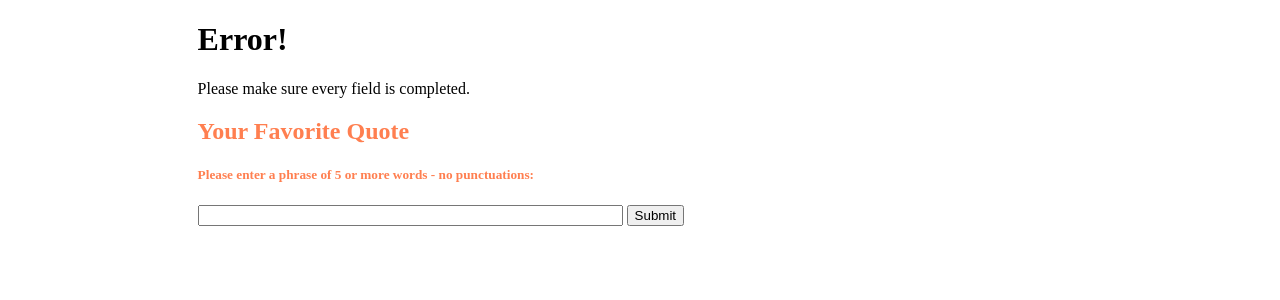
Repository: oduong1/COSW30
Page: http://localhost/homework/hw4/quote_process.php
The author's editor kept a record of every edit. The page is drawn from the files as they stood at one moment, then again after the next edit.
The browser window is 1280 px wide. The pictures show the whole page.
The page is run by PHP 8.4 with error messages shown; the project is at /var/www/html/.

Above is the page before.

After the next edit:
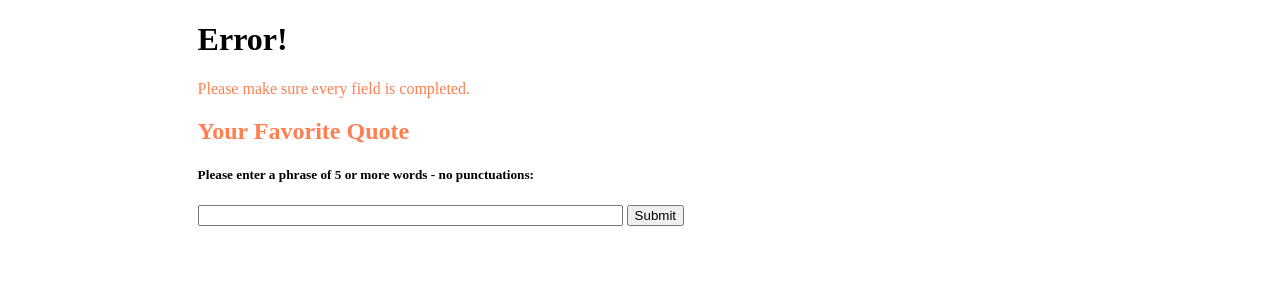
The edit:
--- a/homework/hw4/quote_process.php
+++ b/homework/hw4/quote_process.php
@@ -10,7 +10,7 @@
                 width: 70%;
                 margin: auto;
             }
-            h2, h5 {
+            h2, p {
                 color: coral;
                 font-size: 1.1 em;
             }
